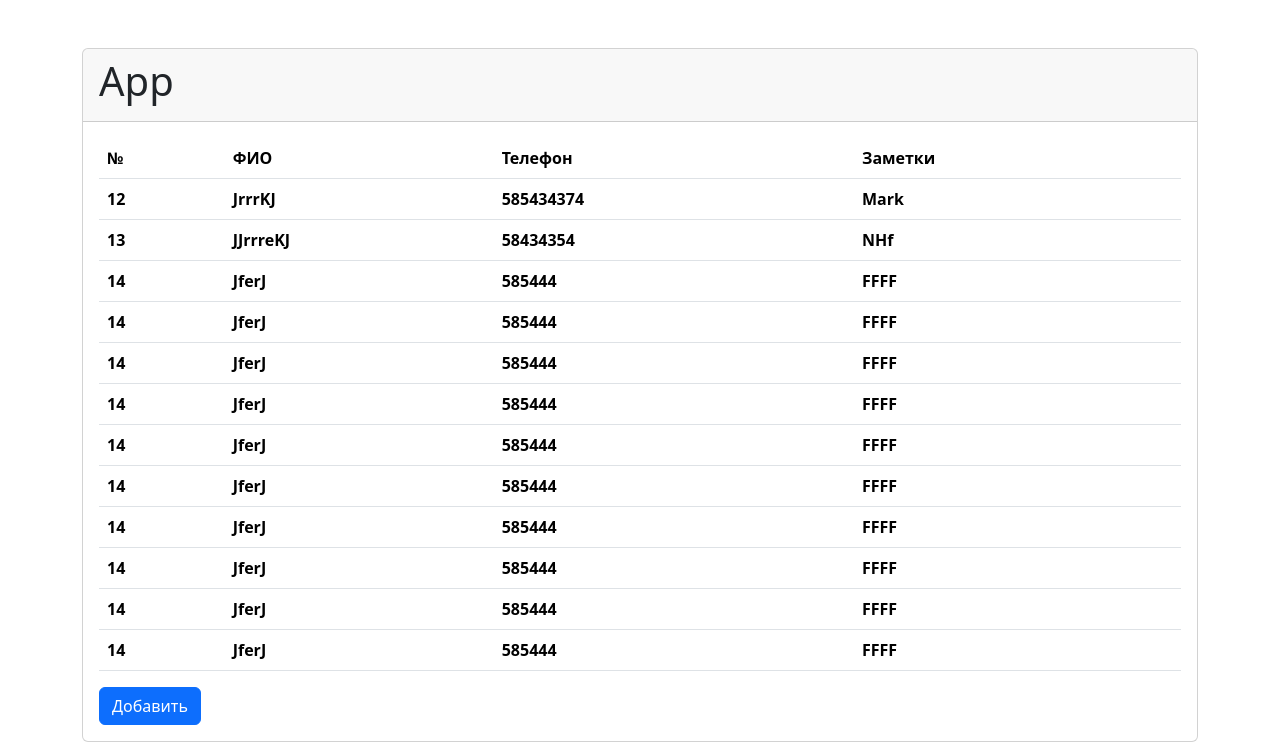
Repository: tatacheba/appstepikjavareact
Page: / (app in client/)
The author's editor kept a copy of each file at every save. The page is drawn from the files as they stood at one save, then again after the next save.
The browser window is 1280 px wide. The pictures show the whole page.
The project was rebuilt for these pictures with package versions that can differ from the ones it lists, and the page was loaded fresh each time. Also part of the build but not shown: client/src/App.css.

Above is the page before, as saved 2024-11-27 11:40:47.

After the next save:
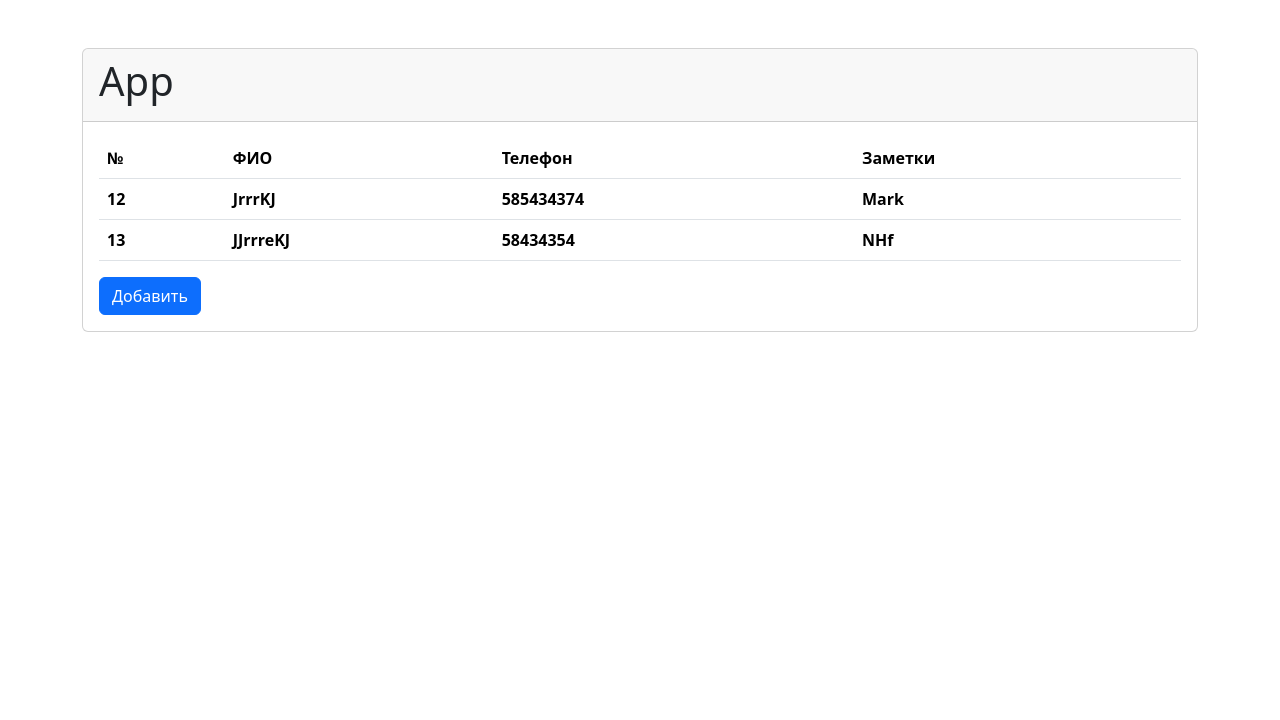
Saved 2 min 2 s later.
--- a/client/src/App.js
+++ b/client/src/App.js
@@ -5,16 +5,6 @@ function App() {
     const items = [
         { id: 12, fullName: "JrrrKJ", phone: 585434374, notes: "Mark" },
         { id: 13, fullName: "JJrrreKJ", phone: 58434354, notes: "NHf" },
-        { id: 14, fullName: "JferJ", phone: 585444, notes: "FFFF" },
-        { id: 14, fullName: "JferJ", phone: 585444, notes: "FFFF" },
-        { id: 14, fullName: "JferJ", phone: 585444, notes: "FFFF" },
-        { id: 14, fullName: "JferJ", phone: 585444, notes: "FFFF" },
-        { id: 14, fullName: "JferJ", phone: 585444, notes: "FFFF" },
-        { id: 14, fullName: "JferJ", phone: 585444, notes: "FFFF" },
-        { id: 14, fullName: "JferJ", phone: 585444, notes: "FFFF" },
-        { id: 14, fullName: "JferJ", phone: 585444, notes: "FFFF" },
-        { id: 14, fullName: "JferJ", phone: 585444, notes: "FFFF" },
-        { id: 14, fullName: "JferJ", phone: 585444, notes: "FFFF" },
     ];
     function appendContact() {
         const contact = {
